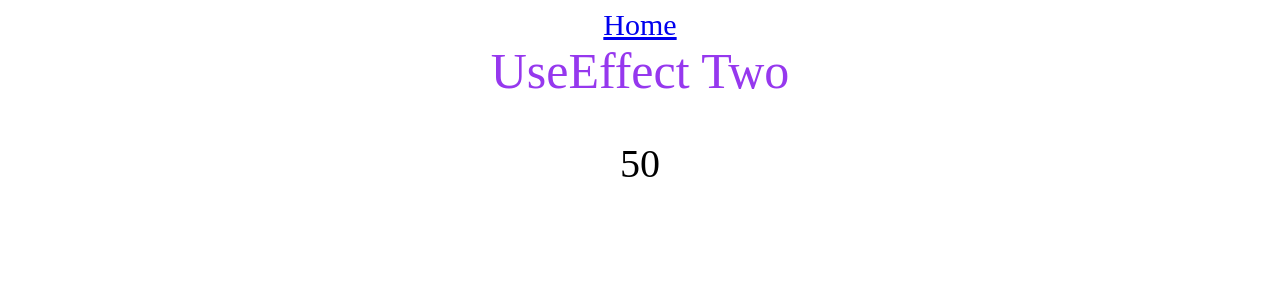
Repository: KanaKimishima/carousel
Page: /useEffectTwo
An editor plug-in stored every save of this project. The page is shown before and after the next save, followed by the edit.
The browser window is 1280 px wide. The pictures show the whole page.
The project was rebuilt for these pictures with package versions that can differ from the ones it lists, and the page was loaded fresh each time. The framework's server and built-in components were replaced by stand-ins that run in the browser. Also part of the build but not shown: next.config.js.

Above is the page before, as saved 2023-02-21 01:07:28.

After the next save:
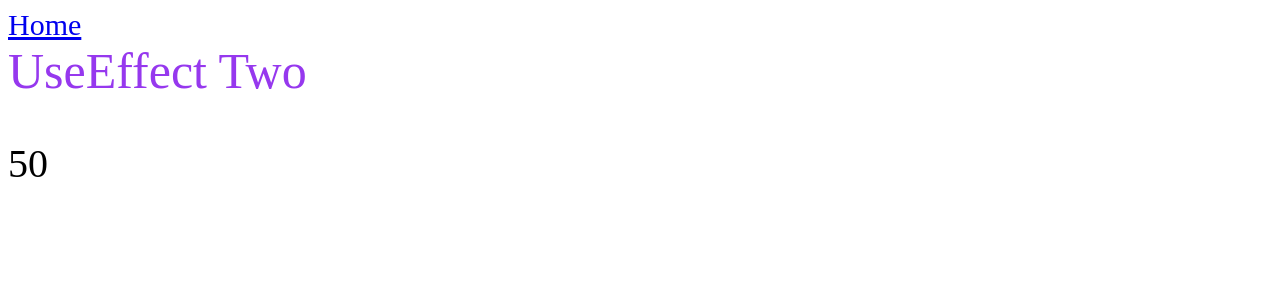
Saved 13 s later.
--- a/styles/UseEffectTwo.module.css
+++ b/styles/UseEffectTwo.module.css
@@ -1,4 +1,4 @@
-.main {
+.home {
     text-align: center;
     font-size: 30px;
 }
